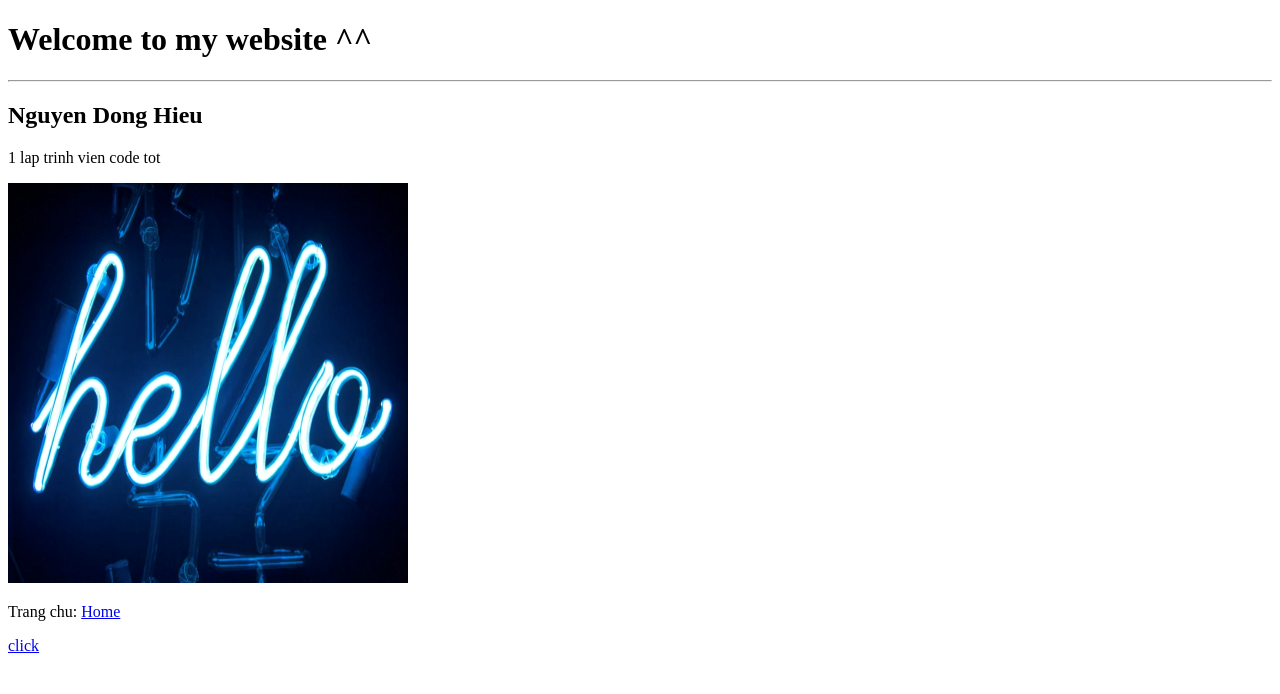
Repository: nguyendonghieu1011-png/project2
Page: more-info/index.html
These files come from the project's save history. The page is drawn as it stood at one moment and after the next save; the edit follows.
The browser window is 1280 px wide. The pictures show the whole page.

Above is the page before, as saved 2025-11-05 22:12:58.

### more-info/index.html
<!DOCTYPE html>
<html lang="en">
  <head>
    <meta charset="UTF-8" />
    <meta name="viewport" content="width=device-width, initial-scale=1.0" />
    <title>Hello</title>
  </head>
  <body>
    <h1>Welcome to my website ^^</h1>
    <hr />

    <h2>Nguyen Dong Hieu</h2>
    <p>1 lap trinh vien code tot</p>
    <img src="../img/hello.jpg" width="400px" height="400px" /> <br />

    <!-- 1. điều hướng đến trang chủ -->
    <p>
      Trang chu:
      <a href="/more-info/index.html">Home</a>
    </p>
    <!-- 2. điều hướng đến happy.html -->
    <a href="/more-info/happy.html">click</a>
  </body>
</html>

After the next save:
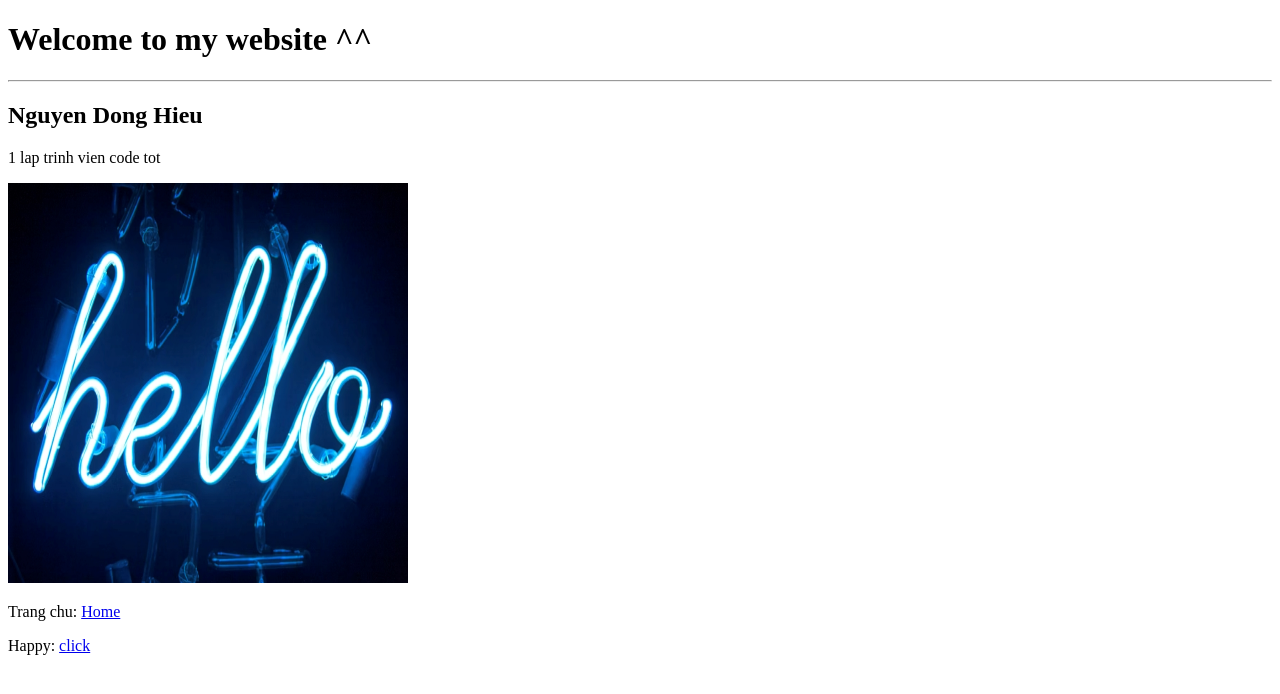
Saved 41 s later.
--- a/more-info/index.html
+++ b/more-info/index.html
@@ -19,6 +19,9 @@
       <a href="/more-info/index.html">Home</a>
     </p>
     <!-- 2. điều hướng đến happy.html -->
-    <a href="/more-info/happy.html">click</a>
+    <p>
+      Happy:
+      <a href="/more-info/happy.html">click</a>
+    </p>
   </body>
 </html>
